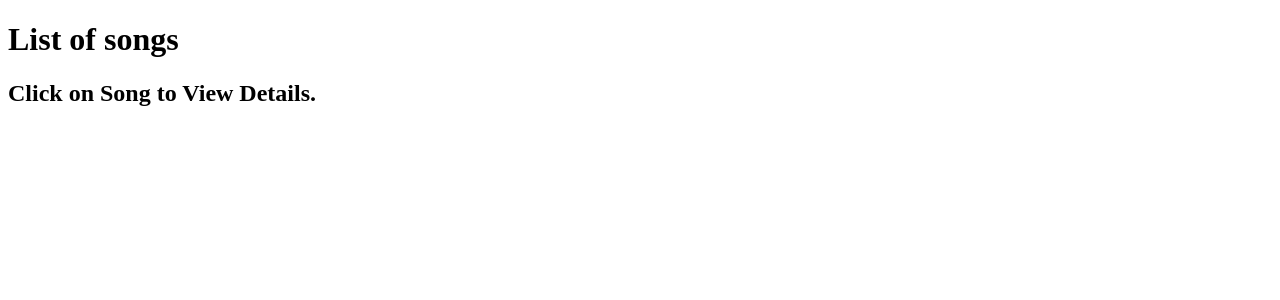
Repository: thagunnaharish1-netizen/GeetShala
Page: http://localhost/songs/
The author's editor kept a copy of each file at every save. The page is drawn from the files as they stood at one save, then again after the next save.
The browser window is 1280 px wide. The pictures show the whole page.
The page is served by the project's application, run on Django 5.2 (manage.py). Other server files are loaded and not shown.

Above is the page before, as saved 2026-09-01 18:44:15.

### songs/templates/song_list.html
<!DOCTYPE html>
<html lang="en">
<head>
    <meta charset="UTF-8">
    <meta name="viewport" content="width=device-width, initial-scale=1.0">
    <title>Songs List</title>
</head>
<body>
    <h1>List of songs</h1>
    <h2>Click on Song to View Details.</h2>

</body>
</html>

### songs/views.py
from django.shortcuts import render
from django.http import HttpResponse

def song_list(request):
    # response_text = '<h1>List of songs</h1><h2>Click on Song to View Details.</h2>'
    # return HttpResponse(response_text)
    songs = [
        {'id': 1, 'title': 'Song 1', 'artist': 'Artist 1'},
        {'id': 2, 'title': 'Song 2', 'artist': 'Artist 2'},
        {'id': 3, 'title': 'Song 3', 'artist': 'Artist 3'},
        {'id': 4, 'title': 'Song 4', 'artist': 'Artist 4'},
        {'id': 5, 'title': 'Song 5', 'artist': 'Artist 5'},
    ]
    return render(request, 'song_list.html', {'songs': songs})

def song_detail(request, song_id):
    response_text = f"You are calling:{song_id}"
    return HttpResponse(response_text)

### geetshala/urls.py
"""
URL configuration for geetshala project.

The `urlpatterns` list routes URLs to views. For more information please see:
    https://docs.djangoproject.com/en/6.1/topics/http/urls/
Examples:
Function views
    1. Add an import:  from my_app import views
    2. Add a URL to urlpatterns:  path('', views.home, name='home')
Class-based views
    1. Add an import:  from other_app.views import Home
    2. Add a URL to urlpatterns:  path('', Home.as_view(), name='home')
Including another URLconf
    1. Import the include() function: from django.urls import include, path
    2. Add a URL to urlpatterns:  path('blog/', include('blog.urls'))
"""
from django.contrib import admin
from django.urls import path, include

urlpatterns = [
    path('admin/', admin.site.urls),
    path('songs/', include('songs.urls')),
]

### songs/urls.py
# App-level URLconf: routes to specific views within the songs app
from django.urls import path
from . import views
urlpatterns = [
    path('', views.song_list, name='song_list'),  # e.g., /songs/
    path('<int:song_id>/', views.song_detail, name='song_detail') #e.g., /songs/12
]

After the next save:
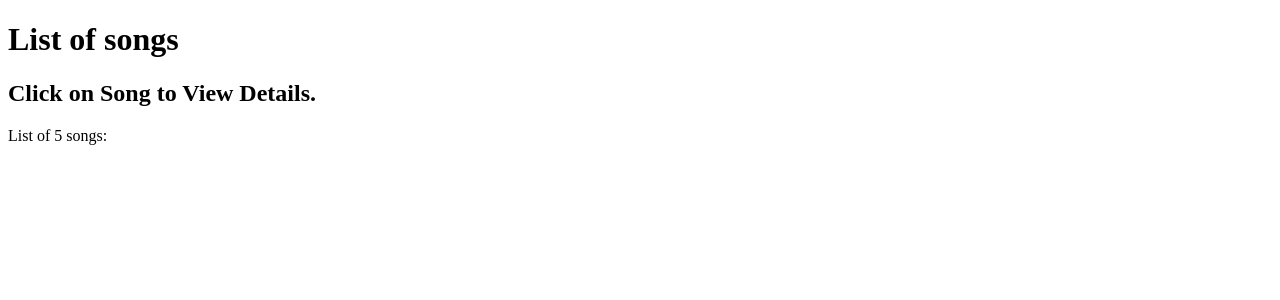
Saved 113 s later.
--- a/songs/templates/song_list.html
+++ b/songs/templates/song_list.html
@@ -8,6 +8,11 @@
 <body>
     <h1>List of songs</h1>
     <h2>Click on Song to View Details.</h2>
+    {% if songs %}
+        <p>List of {{ songs|length }} songs:</p>
+    {% else %}
+        <p>No songs available.</p>
+    {% endif %}
 
 </body>
 </html>
